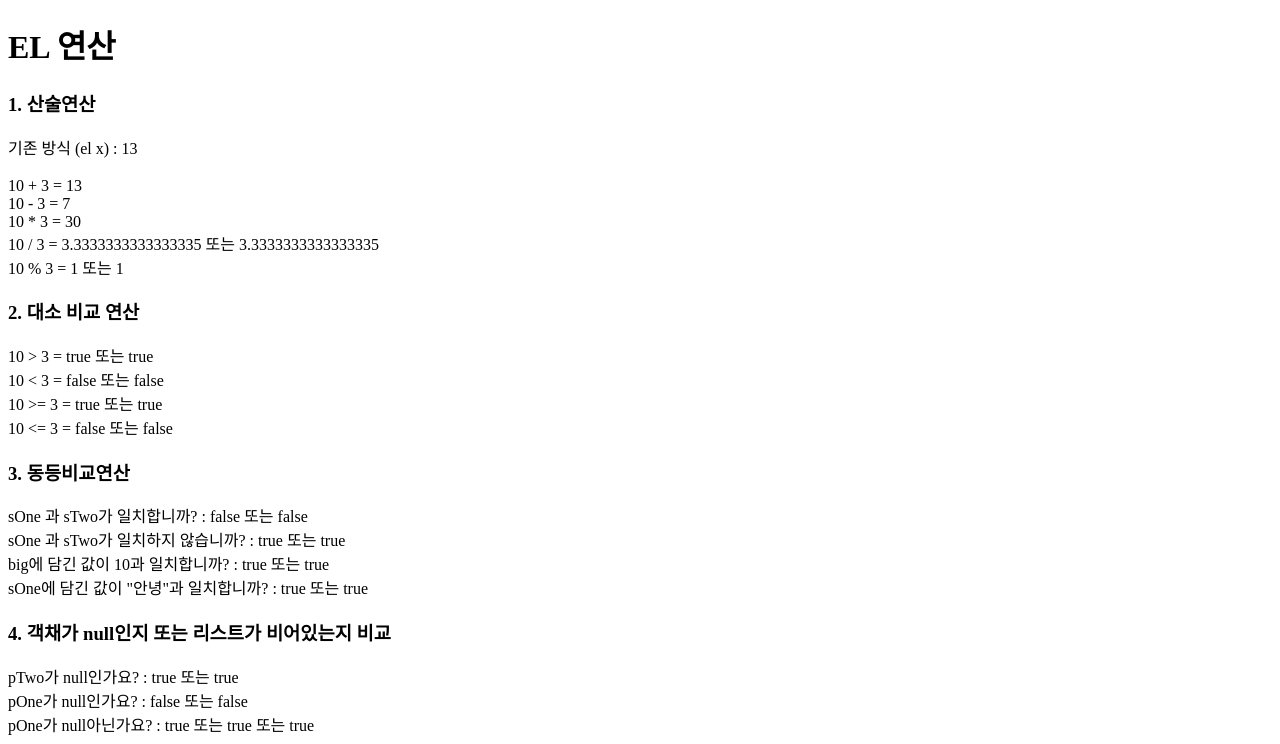
Repository: gimanKr/academyWork
Page: http://localhost/elActionProject/operation.do
These files come from the project's save history. The page is drawn as it stood at one moment and after the next save; the edit follows.
The browser window is 1280 px wide. The pictures show the whole page.
The page is served by Tomcat 9. Other server files are loaded and not shown.

Above is the page before, as saved 2023-10-26 03:44:03.

### elActionProject/src/main/webapp/views/1_EL/02_elOperation.jsp
<%@ page language="java" contentType="text/html; charset=UTF-8"
    pageEncoding="UTF-8"%>
<!DOCTYPE html>
<html>
<head>
<meta charset="UTF-8">
<title>Insert title here</title>
</head>
<body>
	<h1>EL 연산</h1>
	<h3>1. 산술연산</h3>
	기존 방식 (el x) : <%= (int)request.getAttribute("big") + (int)request.getAttribute("small") %>
	<br><br>

	10 + 3 = ${big + small} <br>
	10 - 3 = ${big - small} <br>
	10 * 3 = ${big * small} <br>
	10 / 3 = ${big / small} 또는 ${big div small} <br>
	10 % 3 = ${big % small} 또는 ${big mod small} <br>
	<h3>2. 대소 비교 연산 </h3>
	10 &gt; 3 = ${big > small} 또는 ${big gt small} <br>
	10 &lt; 3 = ${big < small} 또는 ${big lt small} <br>
	10 &gt;= 3 = ${big >= small} 또는 ${big ge small} <br>
	10 &lt;= 3 = ${big <= small} 또는 ${big le small} <br>
	<h3>3. 동등비교연산</h3>
	<!-- el에서의 == 비교는 자바에서의 equals()와 같은 동작을 한다. -->
	sOne 과 sTwo가 일치합니까? : ${sOne == sTwo} 또는 ${sOne eq sTwo} <br>
	sOne 과 sTwo가 일치하지 않습니까? : ${sOne != sTwo} 또는 ${sOne ne sTwo} <br>

	big에 담긴 값이 10과 일치합니까? : ${big == 10} 또는 ${big eq 10} <br>
	sOne에 담긴 값이 "안녕"과 일치합니까? : ${sOne == '안녕'} 또는 ${sOne eq "안녕"} <br>
	<!-- el안에서 문자열 리터럴 제시시 홀따움표든 쌍따움표든 가리지 않음 -->

	<h3>4. 객채가 null인지 또는 리스트가 비어있는지 비교</h3>
	pTwo가 null인가요? : ${pTwo == null} 또는 ${empty pTwo} <br>
	pOne가 null인가요? : ${pOne == null} 또는 ${empty pOne} <br>
	pOne가 null아닌가요? : ${pOne != null} 또는 ${not empty pOne} 또는 ${!empty pOne} <br>


</body>
</html>

### elActionProject/src/main/java/com/kh/controller/OperationServlet.java
package com.kh.controller;

import java.io.IOException;
import java.util.ArrayList;

import javax.servlet.ServletException;
import javax.servlet.annotation.WebServlet;
import javax.servlet.http.HttpServlet;
import javax.servlet.http.HttpServletRequest;
import javax.servlet.http.HttpServletResponse;

import com.kh.model.vo.Person;

/**
 * Servlet implementation class OperationServlet
 */
@WebServlet("/operation.do")
public class OperationServlet extends HttpServlet {
	private static final long serialVersionUID = 1L;

    /**
     * @see HttpServlet#HttpServlet()
     */
    public OperationServlet() {
        super();
        // TODO Auto-generated constructor stub
    }

	/**
	 * @see HttpServlet#doGet(HttpServletRequest request, HttpServletResponse response)
	 */
	protected void doGet(HttpServletRequest request, HttpServletResponse response) throws ServletException, IOException {
		request.setAttribute("big", 10);
		request.setAttribute("small", 3);
		request.setAttribute("sOne", "안녕");
		request.setAttribute("sTwo", "잘가");

		request.setAttribute("pOne", new Person("홍길동", 22 ,"남자"));
		request.setAttribute("pTwo", null);

		ArrayList<String> list1 = new ArrayList<>();
		request.setAttribute("1One", list1);

		ArrayList<String> list2 = new ArrayList<>();
		list2.add("들어있음");
		request.setAttribute("1Two", list2);

		request.getRequestDispatcher("views/1_EL/02_elOperation.jsp").forward(request, response);
	}

	/**
	 * @see HttpServlet#doPost(HttpServletRequest request, HttpServletResponse response)
	 */
	protected void doPost(HttpServletRequest request, HttpServletResponse response) throws ServletException, IOException {
		// TODO Auto-generated method stub
		doGet(request, response);
	}

}

### elActionProject/src/main/java/com/kh/model/vo/Person.java
package com.kh.model.vo;

public class Person {
	private String name;
	private int age;
	private String gender;

	public Person() {}

	public Person(String name, int age, String gender) {
		super();
		this.name = name;
		this.age = age;
		this.gender = gender;
	}

	public String getName() {
		return name;
	}

	public void setName(String name) {
		this.name = name;
	}

	public int getAge() {
		return age;
	}

	public void setAge(int age) {
		this.age = age;
	}

	public String getGender() {
		return gender;
	}

	public void setGender(String gender) {
		this.gender = gender;
	}

	@Override
	public String toString() {
		return "Person [name=" + name + ", age=" + age + ", gender=" + gender + "]";
	}


}

After the next save:
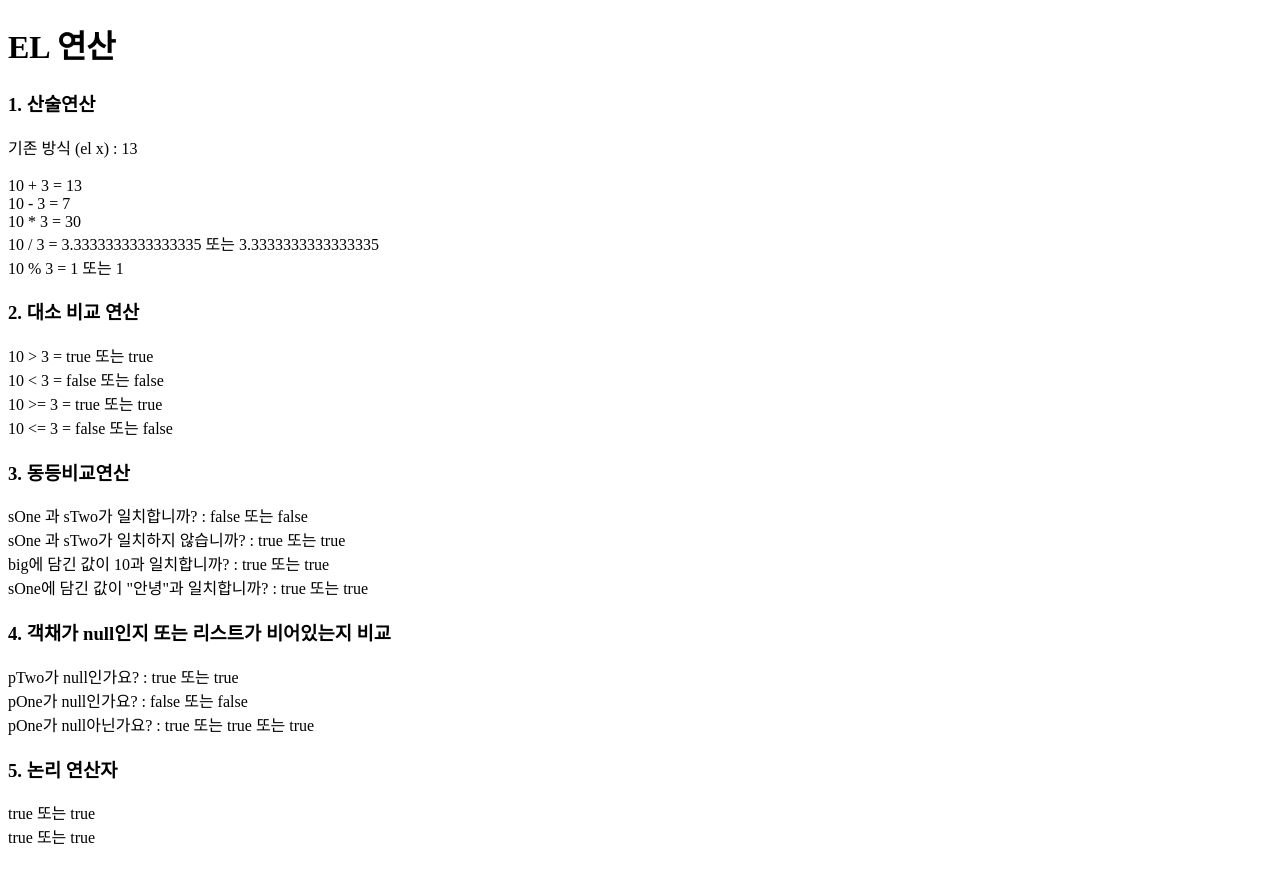
Saved 31 s later.
--- a/elActionProject/src/main/webapp/views/1_EL/02_elOperation.jsp
+++ b/elActionProject/src/main/webapp/views/1_EL/02_elOperation.jsp
@@ -36,6 +36,10 @@
 	pOne가 null인가요? : ${pOne == null} 또는 ${empty pOne} <br>
 	pOne가 null아닌가요? : ${pOne != null} 또는 ${not empty pOne} 또는 ${!empty pOne} <br>
 
+	<h3>5. 논리 연산자</h3>
+	${true && true} 또는 ${true and true} <br>
+	${true || false} 또는 ${true or false} <br><br>
+
 
 </body>
 </html>
